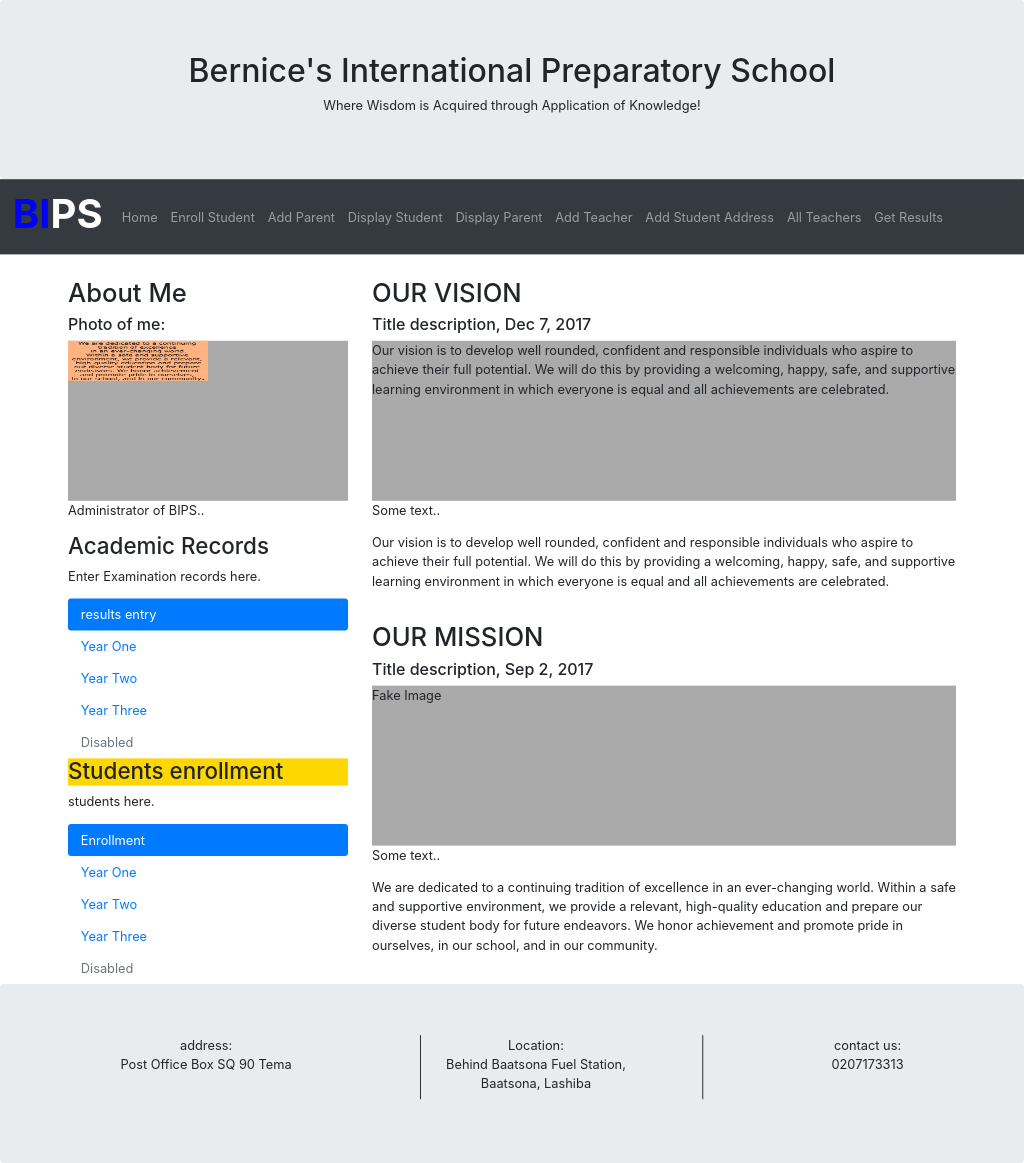
Repository: joseackah/eclipse-workspace
Page: http://localhost/com.school.mgt.system.Front.End/WEB-INF/views/adminPageExample.jsp
These files come from the project's save history. The page is drawn as it stood at one moment and after the next save; the edit follows.
The browser window is 1280 px wide. The pictures show the whole page, at 80% of full size.
The page is served by Tomcat 9. Nobody is signed in. The template is opened directly, without the code that normally fills it, so the values that code supplies are empty.

Above is the page before, as saved 2021-08-12 21:02:27.

After the next save:
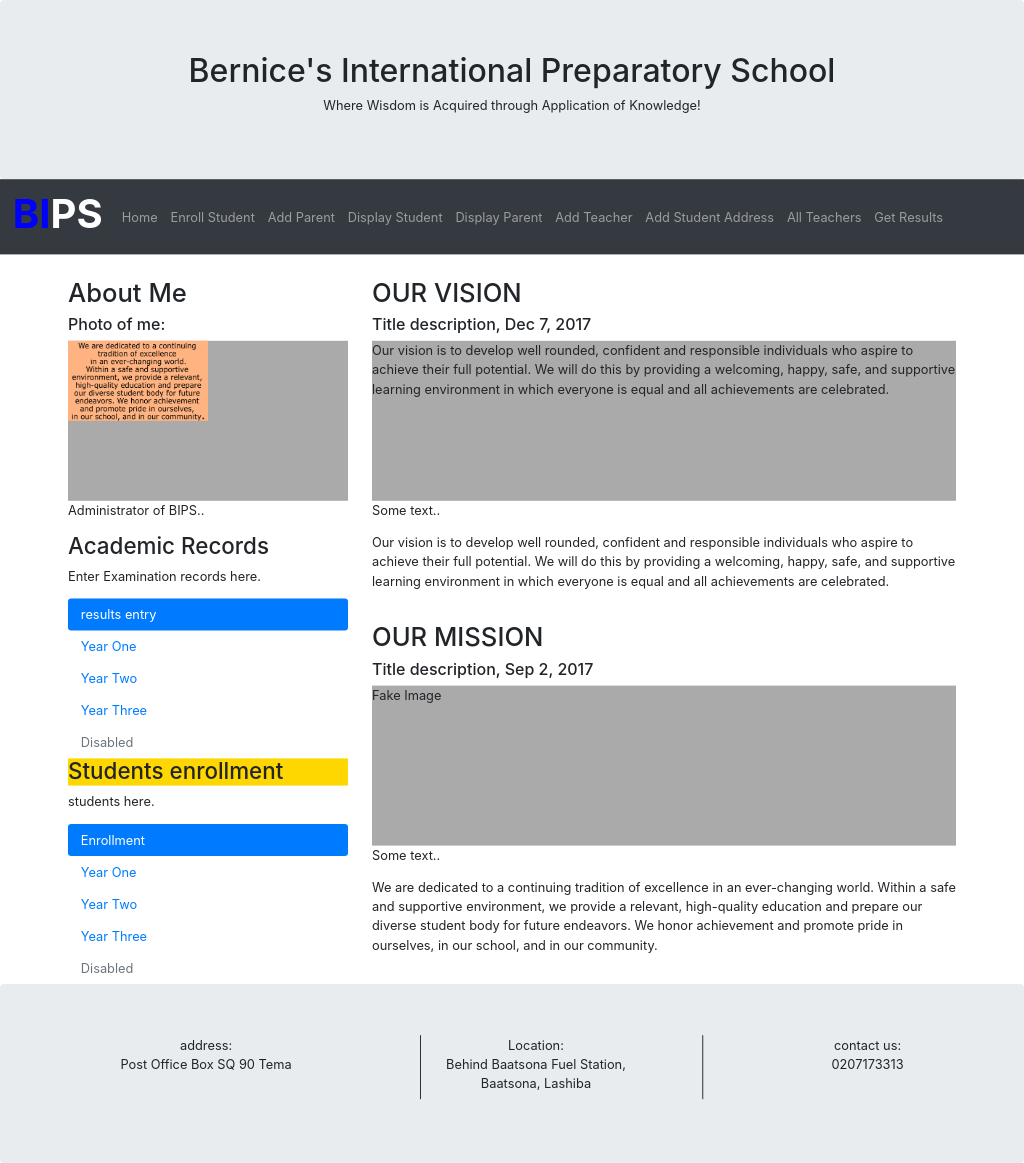
Saved 18 s later.
--- a/com.school.mgt.system.Front.End/src/main/webapp/WEB-INF/views/adminPageExample.jsp
+++ b/com.school.mgt.system.Front.End/src/main/webapp/WEB-INF/views/adminPageExample.jsp
@@ -67,7 +67,7 @@
     <div class="col-sm-4">
       <h2>About Me</h2>
       <h5>Photo of me:</h5>
-      <div class="fakeimg"> <img alt="our mision" src="${pageContext.request.contextPath}/resources/png/mission.png" style="width:50%; height:50px;"/>  </div>
+      <div class="fakeimg"> <img alt="our mision" src="${pageContext.request.contextPath}/resources/png/mission.png" style="width:50%; height:50%;"/>  </div>
       <p>Administrator of BIPS..</p>
 
     <!--   academic record start here -->
